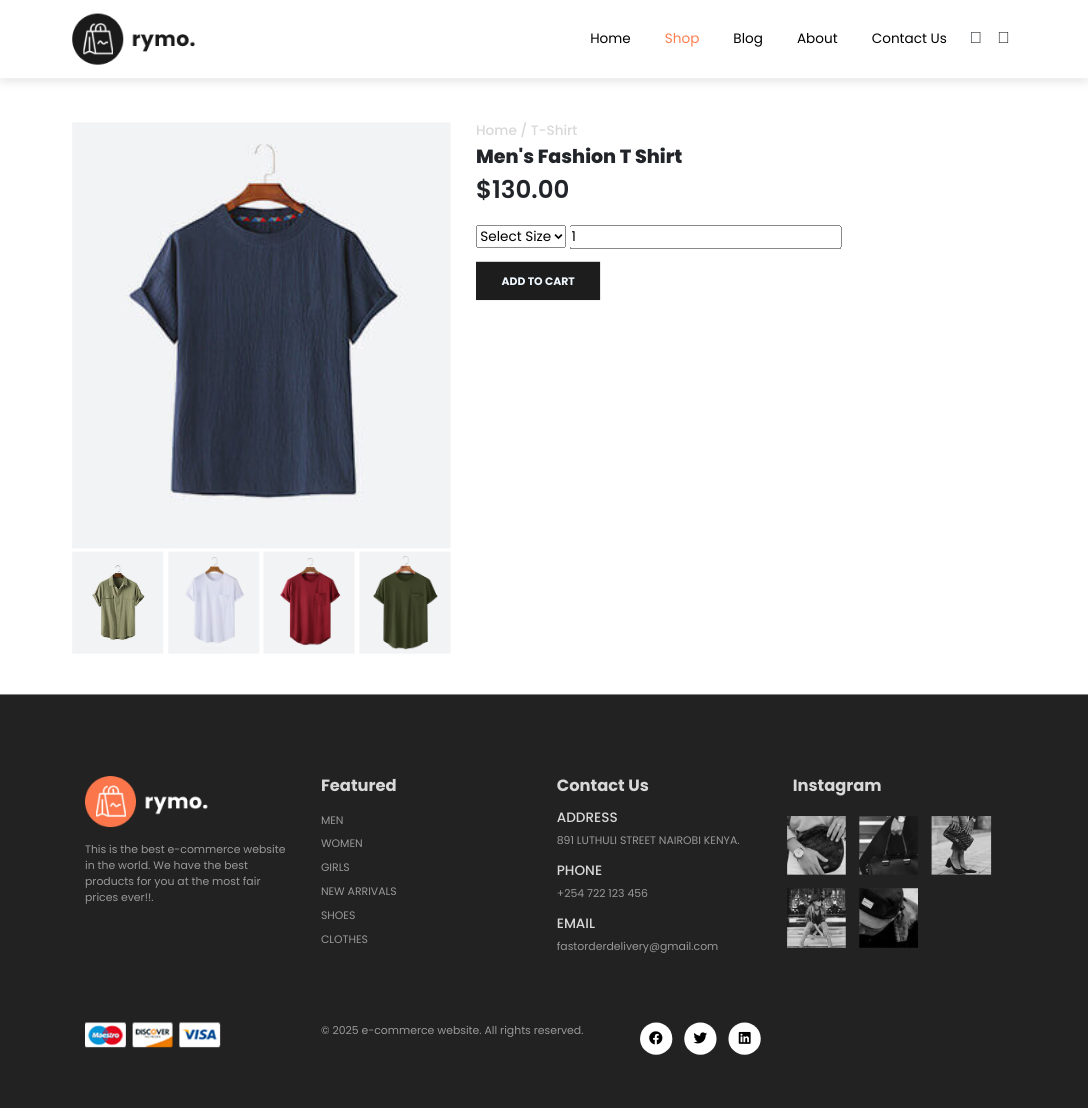
Repository: peter417waweru/e-commerce-UI
Page: sproduct.html
An editor plug-in stored every save of this project. The page is shown before and after the next save, followed by the edit.
The browser window is 1280 px wide. The pictures show the whole page, at 85% of full size.
Some web libraries are served in a nearby version.

Above is the page before, as saved 2025-02-08 15:50:10.

After the next save:
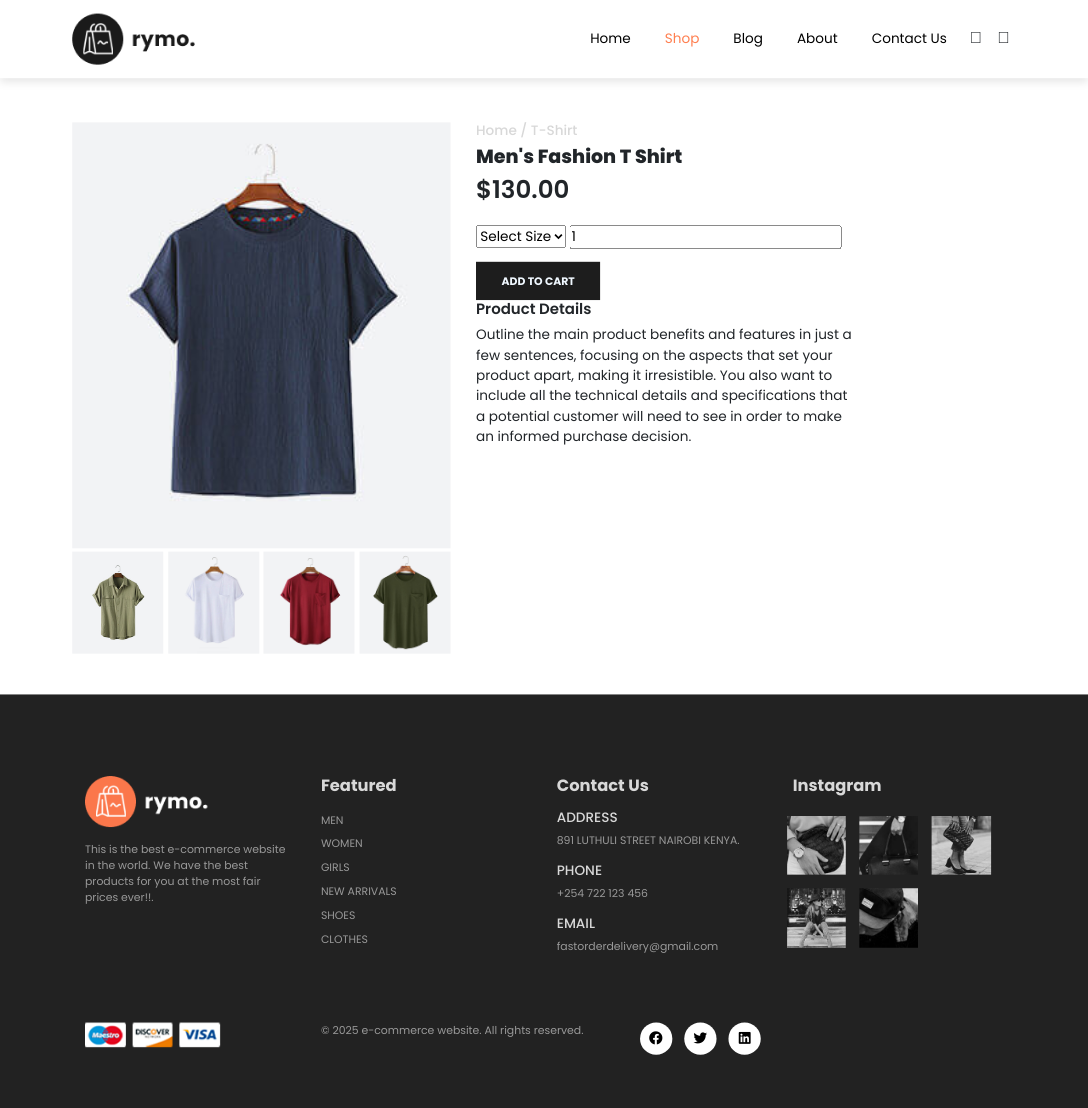
Saved 5 min 16 s later.
--- a/sproduct.html
+++ b/sproduct.html
@@ -86,6 +86,10 @@
                     </select>
                     <input type="number" value="1">
                     <button class="buy-btn">Add To Cart</button>
+                    <h4>Product Details</h4>
+                    <span>Outline the main product benefits and features in just a few sentences, focusing on the aspects that set your product apart,
+                         making it irresistible. You also want to include all the technical details and specifications that a potential customer will need to
+                         see in order to make an informed purchase decision.</span>
 
 
                 </div>
